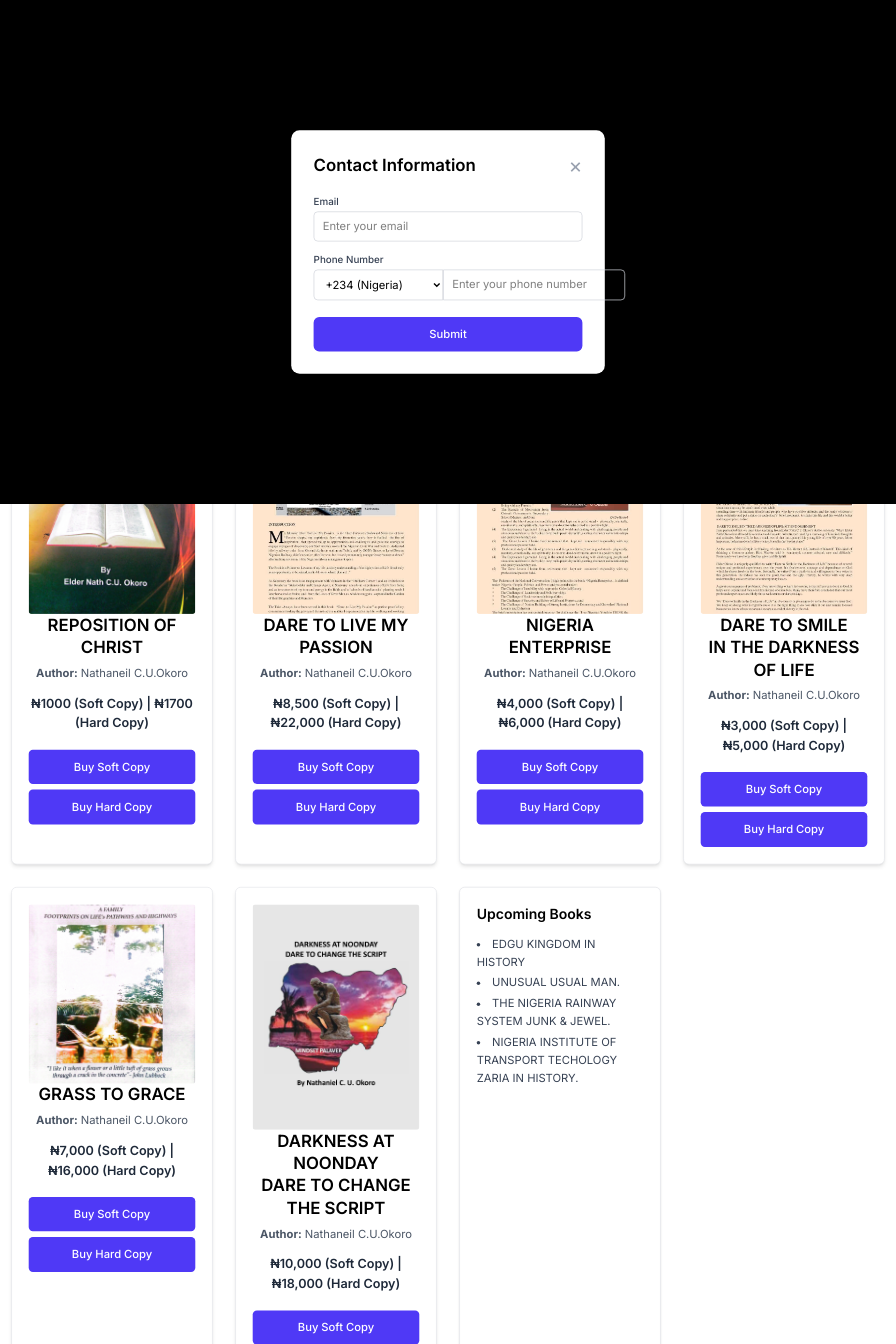
Repository: Rickyy1017/online-bookstore
Page: / (app in frontend/)
An editor plug-in stored every save of this project. The page is shown before and after the next save, followed by the edit.
The browser window is 1280 px wide. The pictures show the part of the page from y = 0 to 1920 px (the page is 4488 px tall), at 70% of full size.
The project was rebuilt for these pictures with package versions that can differ from the ones it lists, and the page was loaded fresh each time. The framework's server and built-in components were replaced by stand-ins that run in the browser. Also part of the build but not shown: frontend/next.config.ts.

Above is the page before, as saved 2025-10-14 22:37:27.

After the next save:
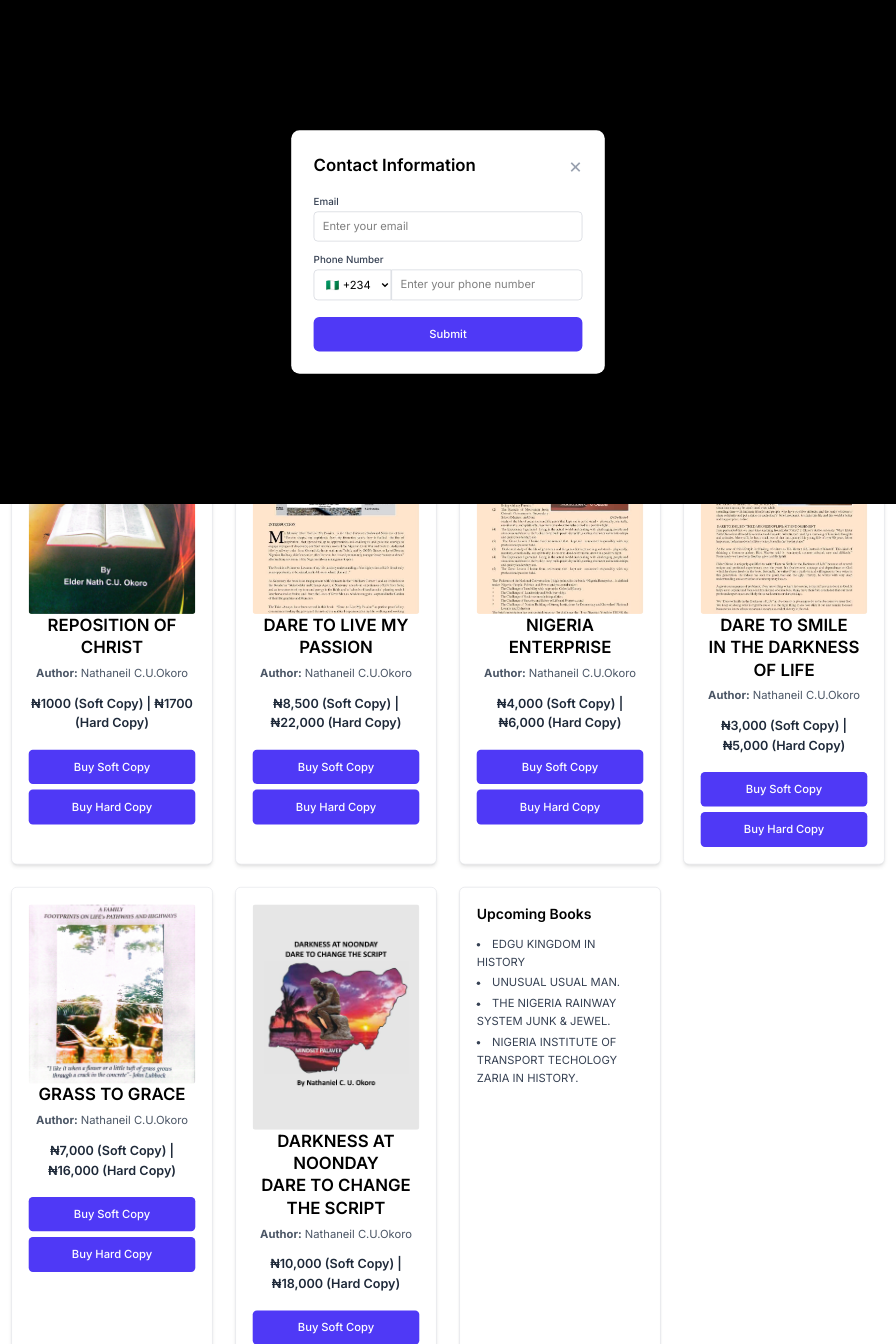
Saved 2 min 52 s later.
--- a/frontend/app/page.tsx
+++ b/frontend/app/page.tsx
@@ -292,16 +292,16 @@ export default function Page() {
                     onChange={(e) => setCountryCode(e.target.value)}
                     className="px-3 py-2 border border-gray-300 rounded-l-md focus:outline-none focus:ring-2 focus:ring-indigo-500"
                   >
-                    <option value="+234">+234 (Nigeria)</option>
-                    <option value="+1">+1 (USA)</option>
-                    <option value="+44">+44 (UK)</option>
-                    <option value="+91">+91 (India)</option>
-                    <option value="+33">+33 (France)</option>
-                    <option value="+49">+49 (Germany)</option>
-                    <option value="+81">+81 (Japan)</option>
-                    <option value="+86">+86 (China)</option>
-                    <option value="+55">+55 (Brazil)</option>
-                    <option value="+27">+27 (South Africa)</option>
+                    <option value="+234">🇳🇬 +234</option>
+                    <option value="+1">🇺🇸 +1</option>
+                    <option value="+44">🇬🇧 +44</option>
+                    <option value="+91">🇮🇳 +91</option>
+                    <option value="+33">🇫🇷 +33</option>
+                    <option value="+49">🇩🇪 +49</option>
+                    <option value="+81">🇯🇵 +81</option>
+                    <option value="+86">🇨🇳 +86</option>
+                    <option value="+55">🇧🇷 +55</option>
+                    <option value="+27">🇿🇦 +27</option>
                   </select>
                   <input
                     type="tel"
